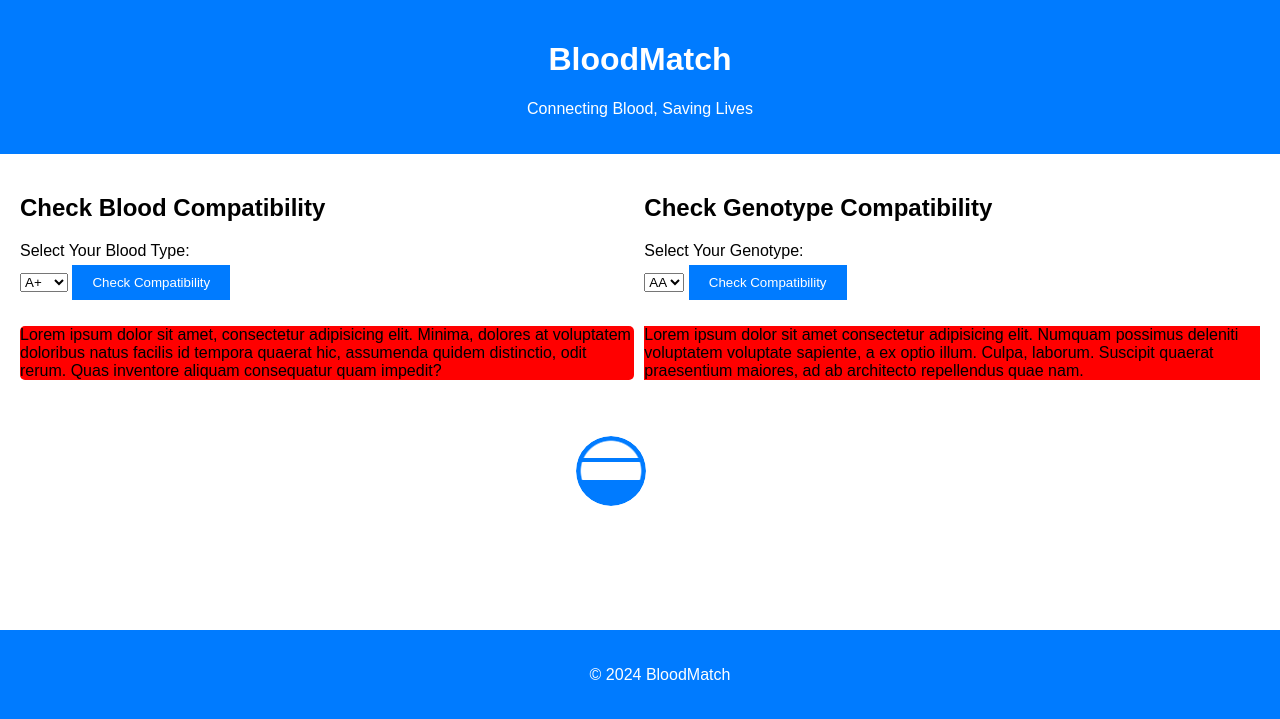
Repository: JuliusMonday/BloodMatch
Page: index.html
An editor plug-in stored every save of this project. The page is shown before and after the next save, followed by the edit.
The browser window is 1280 px wide. The pictures show the whole page.

Above is the page before, as saved 2024-05-02 16:50:53.

### index.html
<!DOCTYPE html>
<html lang="en">
<head>
  <meta charset="UTF-8">
  <meta name="viewport" content="width=device-width, initial-scale=1.0">
  <title>BloodMatch</title>
  <link rel="stylesheet" href="style.css">
</head>
<body>
  <header>
    <h1>BloodMatch</h1>
    <p>Connecting Blood, Saving Lives</p>
  </header>
  <main>
    <section id="bloodType">
      <h1>Check Blood Compatibility</h1>
      <label for="selectBloodType">Select Your Blood Type:</label>
      <select id="selectBloodType">
        <option value="A+">A+</option>
        <option value="A-">A-</option>
        <option value="B+">B+</option>
        <option value="B-">B-</option>
        <option value="AB+">AB+</option>
        <option value="AB-">AB-</option>
        <option value="O+">O+</option>
        <option value="O+">O+</option>
      </select>
      <button onclick="checkBloodCompatibility()">Check Compatibility</button>
      <p id="compatibilityResult">Lorem ipsum dolor sit amet, consectetur adipisicing elit. Minima, dolores at voluptatem doloribus natus facilis id tempora quaerat hic, assumenda quidem distinctio, odit rerum. Quas inventore aliquam consequatur quam impedit?</p>
    </section>
    <section id="genotype">
      <h1>Check Genotype Compatibility</h1>
      <label for="selectGenotype">Select Your Genotype:</label>
      <select id="selectGenotype">
        <option value="AA">AA</option>
        <option value="AS">AS</option>
        <option value="SS">SS</option>
      </select>
      <button onclick="checkGenotypeCompatibility()">Check Compatibility</button>
      <p id="genotypeResult">Lorem ipsum dolor sit amet consectetur adipisicing elit. Numquam possimus deleniti voluptatem voluptate sapiente, a ex optio illum. Culpa, laborum. Suscipit quaerat praesentium maiores, ad ab architecto repellendus quae nam.</p>
    </section>
  </main>
  <div class="custom-loader"></div>
  <br>
  <footer>
    <p>&copy; 2024 BloodMatch</p>
  </footer>
  <script src="script.js"></script>
</body>
</html>

### style.css
body {
    font-family: Arial, sans-serif;
    margin: 0;
    padding: 0;
  }

  header, footer {
    background-color: #007bff;
    color: #ffffff;
    text-align: center;
    padding: 20px;
  }

  main {
    padding: 20px;
    display: flex;
    gap: 10px;
  }

  section {
    margin-bottom: 20px;
  }

  label {
    display: block;
    margin-bottom: 5px;
  }

  select, button {
    margin-bottom: 10px;
  }

  button {
    background-color: #007bff;
    color: #ffffff;
    border: none;
    padding: 10px 20px;
    cursor: pointer;
  }

  button:hover {
    background-color: #0056b3;
  }
  #genotypeResult{
    border: 20px;
    border-color: blue;
    background-color:red;
  }
  #compatibilityResult{
    border: 20px;
    border-radius: 5px;
    border-color: blue;
    background-color:red;
  }
  footer {
    bottom: 0;
    width: 100%;
      }
      .cube-loader {
        position: relative;
      /* u can choose any size */
        width: 75px;
        height: 75px;
        transform-style: preserve-3d;
        transform: rotateX(-30deg);
        animation: animate 4s linear infinite;
      }

      @keyframes animate {
        0% {
          transform: rotateX(-30deg) rotateY(0);
        }

        100% {
          transform: rotateX(-30deg) rotateY(360deg);
        }
      }

      .custom-loader{
        text-align: center;
        display:grid;
        place-items: center;
        margin: auto 45%;
      }
      .custom-loader {
        width: 70px;
        height: 70px;
        background: #007bff;
        border-radius: 50px;
        -webkit-mask: radial-gradient(circle 31px at 50% calc(100% + 13px),#000 95%,#0000) top 4px left 50%,
          radial-gradient(circle 31px,#000 95%,#0000) center,
          radial-gradient(circle 31px at 50% -13px,#000 95%,#0000) bottom 4px left 50%,
          linear-gradient(#000 0 0);
        -webkit-mask-composite: xor;
        mask-composite: exclude;
        -webkit-mask-repeat: no-repeat;
        animation: cu10 1.5s infinite;
      }

      @keyframes cu10 {
        0% {
          -webkit-mask-size: 0    18px,0    18px,0    18px,auto
        }

        16.67% {
          -webkit-mask-size: 100% 18px,0    18px,0    18px,auto
        }

        33.33% {
          -webkit-mask-size: 100% 18px,100% 18px,0    18px,auto
        }

        50% {
          -webkit-mask-size: 100% 18px,100% 18px,100% 18px,auto
        }

        66.67% {
          -webkit-mask-size: 0    18px,100% 18px,100% 18px,auto
        }

        83.33% {
          -webkit-mask-size: 0    18px,0    18px,100% 18px,auto
        }

        100% {
          -webkit-mask-size: 0    18px,0    18px,0    18px,auto
        }
      }

@media (min-width: 768px){
    footer {
        position:fixed;
        bottom: 0;
        }
}

@media (max-width: 767px){
    main {
        padding: 20px;
        flex-direction: column;
          }
}

### script.js
const checkBloodCompatibility = () =>{
    let selectedBloodType = document.getElementById("selectBloodType").value;
    let compatibilityResult = document.getElementById("compatibilityResult");
    let compatibleBloodTypes = "";

    // Logic to determine compatible blood types
    switch(selectedBloodType) {
      case "A+":
        compatibleBloodTypes = "sample";
        break;
      case "A-":
        compatibleBloodTypes = "SAMPLE";
        break;
      case "B+":
        compatibleBloodTypes = "SAMPLE";
        break;
      case "B-":
        compatibleBloodTypes = "SAMPLE";
        break;
      case "AB+":
        compatibleBloodTypes = "SAMPLE";
        break;
      case "AB-":
        compatibleBloodTypes = "sample";
        break;
      case "O+":
        compatibleBloodTypes = "SAMPLE";
        break;
      case "O-":
        compatibleBloodTypes = "sample";
        break;
    }

    compatibilityResult.textContent = "Compatible blood types: " + compatibleBloodTypes;
  }

  const checkGenotypeCompatibility = () => {
    let selectedGenotype = document.getElementById("selectGenotype").value;
    let genotypeResult = document.getElementById("genotypeResult");
    let compatibleGenotypes = "";

    // Logic to determine compatible genotypes
    switch(selectedGenotype) {
      case "AA":
        compatibleGenotypes = "AA";
        break;
      case "AS":
        compatibleGenotypes = "AA, AS";
        break;
      case "SS":
        compatibleGenotypes = "SS";
        break;
      case "SC":
        compatibleGenotypes = "SC"
    }

    genotypeResult.textContent = `<h1>Compatible genotypes: " + compatibleGenotypes</h1>"`;
  }

After the next save:
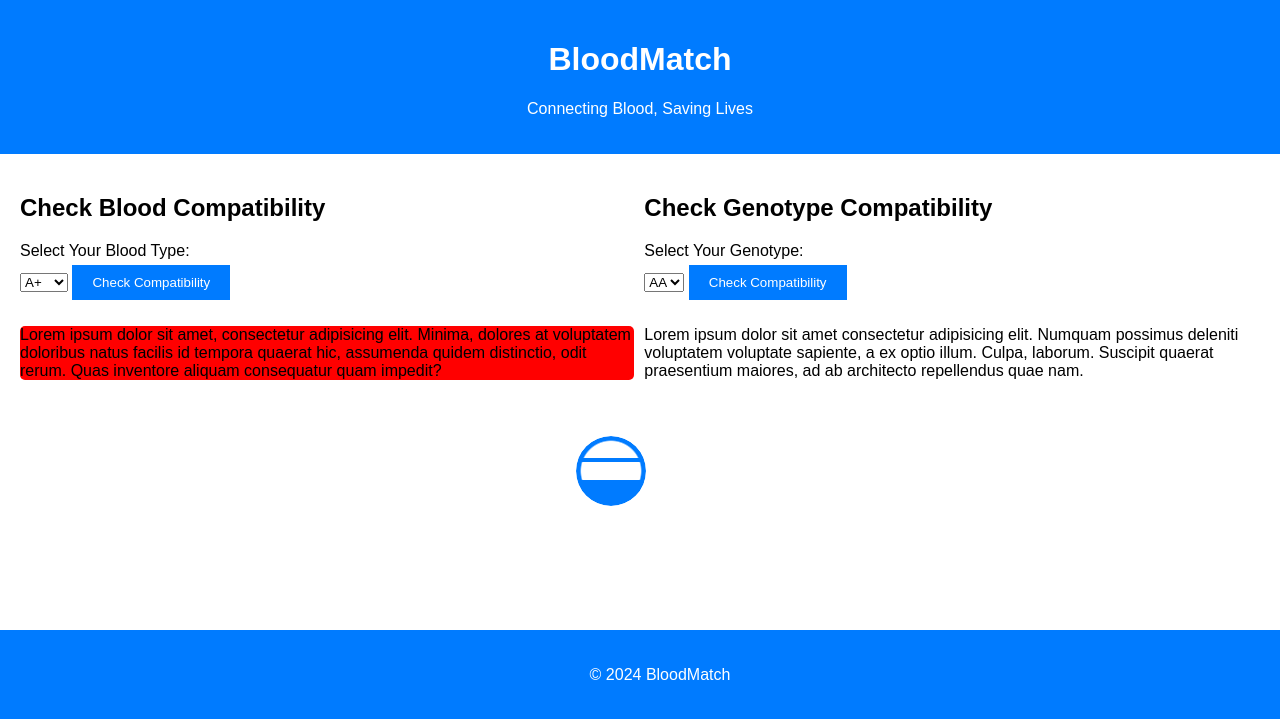
Saved 42 s later.
--- a/style.css
+++ b/style.css
@@ -42,9 +42,58 @@ body {
     background-color: #0056b3;
   }
   #genotypeResult{
-    border: 20px;
-    border-color: blue;
-    background-color:red;
+    .card {
+        width: 190px;
+        height: 254px;
+        background: #07182E;
+        position: relative;
+        display: flex;
+        place-content: center;
+        place-items: center;
+        overflow: hidden;
+        border-radius: 20px;
+      }
+
+      .card h2 {
+        z-index: 1;
+        color: white;
+        font-size: 2em;
+      }
+
+      .card::before {
+        content: '';
+        position: absolute;
+        width: 100px;
+        background-image: linear-gradient(180deg, rgb(0, 183, 255), rgb(255, 48, 255));
+        height: 130%;
+        animation: rotBGimg 3s linear infinite;
+        transition: all 0.2s linear;
+      }
+
+      @keyframes rotBGimg {
+        from {
+          transform: rotate(0deg);
+        }
+
+        to {
+          transform: rotate(360deg);
+        }
+      }
+
+      .card::after {
+        content: '';
+        position: absolute;
+        background: #07182E;
+        ;
+        inset: 5px;
+        border-radius: 15px;
+      }
+      /* .card:hover:before {
+        background-image: linear-gradient(180deg, rgb(81, 255, 0), purple);
+        animation: rotBGimg 3.5s linear infinite;
+      } */
+
+
   }
   #compatibilityResult{
     border: 20px;
